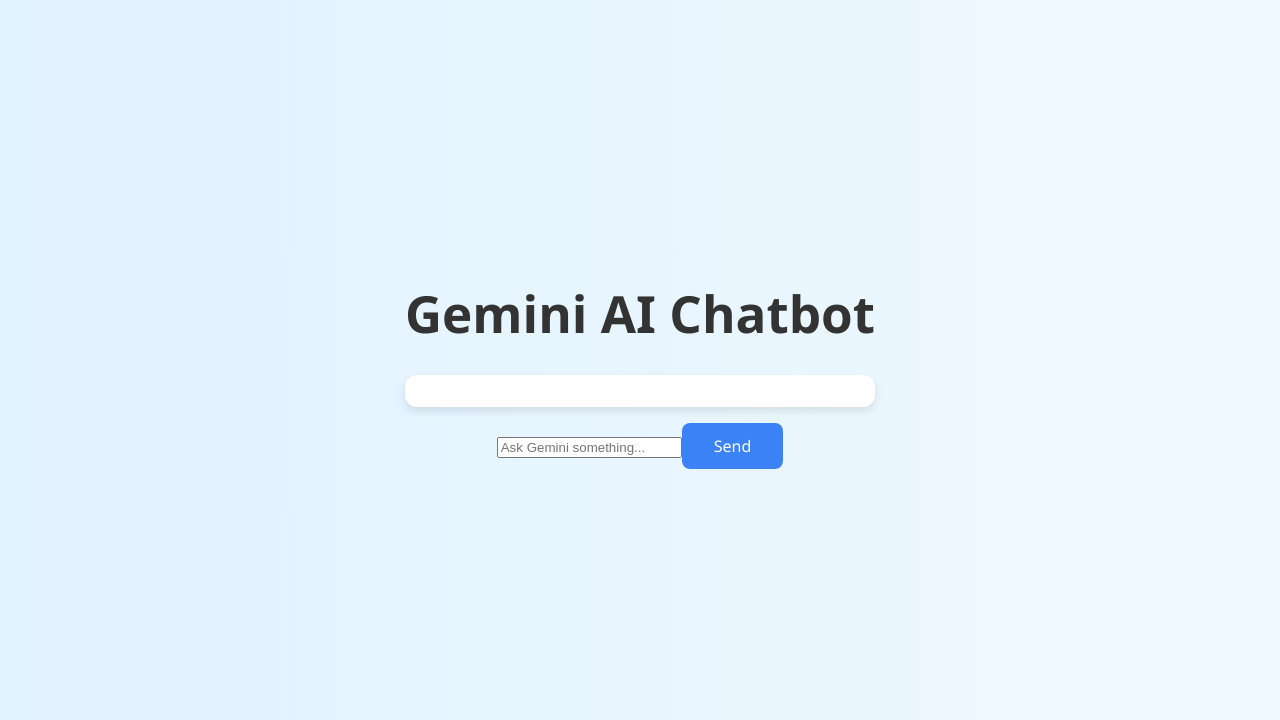
Repository: VanshJaggi12/chatbot1
Page: /
An editor plug-in stored every save of this project. The page is shown before and after the next save, followed by the edit.
The browser window is 1280 px wide. The pictures show the whole page.
The page's requests for data from a server got no answer. The project was rebuilt for these pictures with package versions that can differ from the ones it lists, and the page was loaded fresh each time. No one was signed in, and anything a server would have sent is missing. Also part of the build but not shown: vite.config.js.

Above is the page before, as saved 2026-03-11 02:34:16.

### src/main.jsx
import { StrictMode } from 'react'
import { createRoot } from 'react-dom/client'
import './index.css'
import App from './App.jsx'

import '@fontsource/roboto/300.css';
import '@fontsource/roboto/400.css';
import '@fontsource/roboto/500.css';
import '@fontsource/roboto/700.css';


createRoot(document.getElementById('root')).render(
  <StrictMode>
    <App />
  </StrictMode>,
)

### src/index.css
/* index.css (default Vite + React setup) */

#root {
  max-width: 1280px;
  margin: 0 auto;
  padding: 2rem;
  text-align: center;
}

body {
  margin: 0;
  font-family: Inter, system-ui, Avenir, Helvetica, Arial, sans-serif;
  -webkit-font-smoothing: antialiased;
  -moz-osx-font-smoothing: grayscale;
  background-color: #f9f9f9;
  color: #333;
}

:root {
  font-family: system-ui, Avenir, Helvetica, Arial, sans-serif;
  line-height: 1.5;
  font-weight: 400;

  color-scheme: light dark;
  color: rgba(255, 255, 255, 0.87);
  background-color: #242424;

  font-synthesis: none;
  text-rendering: optimizeLegibility;
  -webkit-font-smoothing: antialiased;
  -moz-osx-font-smoothing: grayscale;
}

a {
  font-weight: 500;
  color: #646cff;
  text-decoration: inherit;
}
a:hover {
  color: #535bf2;
}

body {
  margin: 0;
  display: flex;
  place-items: center;
  min-width: 320px;
  min-height: 100vh;
}

h1 {
  font-size: 3.2em;
  line-height: 1.1;
}

button {
  border-radius: 8px;
  border: 1px solid transparent;
  padding: 0.6em 1.2em;
  font-size: 1em;
  font-weight: 500;
  font-family: inherit;
  background-color: #1a1a1a;
  cursor: pointer;
  transition: border-color 0.25s;
}
button:hover {
  border-color: #646cff;
}
button:focus,
button:focus-visible {
  outline: 4px auto -webkit-focus-ring-color;
}

@media (prefers-color-scheme: light) {
  :root {
    color: #213547;
    background-color: #ffffff;
  }
  a:hover {
    color: #747bff;
  }
  button {
    background-color: #f9f9f9;
  }
}

### src/App.jsx
import { useState } from "react";
import "./App.css";

function App() {

  const [messages, setMessages] = useState([]);
  const [input, setInput] = useState("");
  const [loading, setLoading] = useState(false);

  const API_KEY = import.meta.env.VITE_GEMINI_API_KEY;

  const sendMessage = async () => {

    if (!input.trim()) return;

    const userMessage = {
      role: "user",
      text: input
    };

    setMessages(prev => [...prev, userMessage]);
    setInput("");
    setLoading(true);

    try {

      const response = await fetch(
        `https://generativelanguage.googleapis.com/v1beta/models/gemini-1.5-flash:generateContent?key=${API_KEY}`,
        {
          method: "POST",
          headers: {
            "Content-Type": "application/json"
          },
          body: JSON.stringify({
            contents: [
              {
                parts: [
                  { text: input }
                ]
              }
            ]
          })
        }
      );

      const data = await response.json();

      console.log("Gemini API response:", data);

      const botReply =
        data?.candidates?.[0]?.content?.parts?.[0]?.text ||
        "No response received.";

      const botMessage = {
        role: "bot",
        text: botReply
      };

      setMessages(prev => [...prev, botMessage]);

    } catch (error) {

      console.error("Gemini API error:", error);

      setMessages(prev => [
        ...prev,
        { role: "bot", text: "Error communicating with Gemini API." }
      ]);

    }

    setLoading(false);
  };

  return (
    <div className="app">

      <h1>Gemini AI Chatbot</h1>

      <div className="chat-box">

        {messages.map((msg, index) => (
          <div
            key={index}
            className={msg.role === "user" ? "user-msg" : "bot-msg"}
          >
            {msg.text}
          </div>
        ))}

        {loading && (
          <div className="bot-msg">
            Gemini is typing...
          </div>
        )}

      </div>

      <div className="input-area">

        <input
          type="text"
          placeholder="Ask Gemini something..."
          value={input}
          onChange={(e) => setInput(e.target.value)}
          onKeyDown={(e) => {
            if (e.key === "Enter") {
              sendMessage();
            }
          }}
        />

        <button onClick={sendMessage}>
          Send
        </button>

      </div>

    </div>
  );
}

export default App;

### src/App.css
/* App.css */

* {
  box-sizing: border-box;
}

body,
html {
  margin: 0;
  padding: 0;
  font-family: 'Segoe UI', Tahoma, Geneva, Verdana, sans-serif;
  background: linear-gradient(to right, #e0f2fe, #f0f9ff);
  height: 100%;
}

/* Scrollbar hidden */
.hide-scrollbar::-webkit-scrollbar {
  display: none;
}
.hide-scrollbar {
  -ms-overflow-style: none;
  scrollbar-width: none;
}

.chat-container {
  max-width: 800px;
  margin: 0 auto;
  height: 100vh;
  display: flex;
  flex-direction: column;
  padding: 1rem;
}

/* Header */
header {
  text-align: center;
  padding: 1rem 0;
}

header h1 {
  font-size: 2.5rem;
  font-weight: bold;
  color: #3b82f6;
  transition: color 0.3s;
}

header h1:hover {
  color: #2563eb;
}

/* Chat area */
.chat-box {
  flex: 1;
  overflow-y: auto;
  background: white;
  border-radius: 12px;
  padding: 1rem;
  box-shadow: 0 4px 8px rgba(0, 0, 0, 0.1);
  margin-bottom: 1rem;
  display: flex;
  flex-direction: column;
}

/* Message wrappers */
.message {
  margin-bottom: 1rem;
  display: flex;
  flex-direction: column;
}

.message.question {
  align-items: center;
}

.message.answer {
  align-items: flex-start;
}

/* Message bubbles */
.bubble {
  padding: 0.75rem 1rem;
  border-radius: 1rem;
  max-width: 70%;
  word-wrap: break-word;
  overflow-x: auto;
  font-size: 1rem;
  line-height: 1.5;
  box-shadow: 0 2px 6px rgba(0, 0, 0, 0.08);
}

.bubble.question {
  background-color: #3b82f6;
  color: white;
  border-bottom-right-radius: 0;
}

.bubble.answer {
  background-color: #f3f4f6;
  color: #111827;
  border-bottom-left-radius: 0;
}

/* Typing animation bubble */
.typing {
  display: inline-block;
  background-color: #f3f4f6;
  padding: 0.75rem 1rem;
  border-radius: 1rem;
  font-size: 1rem;
  animation: pulse 1.5s infinite ease-in-out;
  color: #4b5563;
  max-width: fit-content;
}

@keyframes pulse {
  0% {
    opacity: 0.3;
  }
  50% {
    opacity: 1;
  }
  100% {
    opacity: 0.3;
  }
}

/* Input form */
form {
  background-color: white;
  padding: 1rem;
  border-radius: 12px;
  box-shadow: 0 4px 8px rgba(0, 0, 0, 0.05);
  display: flex;
  flex-direction: column;
  align-items: center;
  gap: 1rem;
}

/* Centered textarea */
textarea {
  width: 100%;
  max-width: 600px;
  border: 1px solid #d1d5db;
  border-radius: 0.5rem;
  padding: 0.75rem;
  resize: none;
  font-size: 1rem;
  outline: none;
  text-align: center;
  transition: border 0.2s, box-shadow 0.2s;
}

/* Center on focus */
textarea:focus {
  border-color: #3b82f6;
  box-shadow: 0 0 0 2px #3b82f6;
  text-align: center;
}

/* Centered button */
button {
  background-color: #3b82f6;
  color: white;
  padding: 0.75rem 2rem;
  font-weight: 500;
  border: none;
  border-radius: 0.5rem;
  cursor: pointer;
  transition: background 0.3s;
  align-self: center;
  font-size: 1rem;
}

/* On hover */
button:hover {
  background-color: #2563eb;
}

/* Disabled button style */
button:disabled {
  background-color: #93c5fd;
  cursor: not-allowed;
}

Loaded but not shown: index.html (common file)

After the next save:
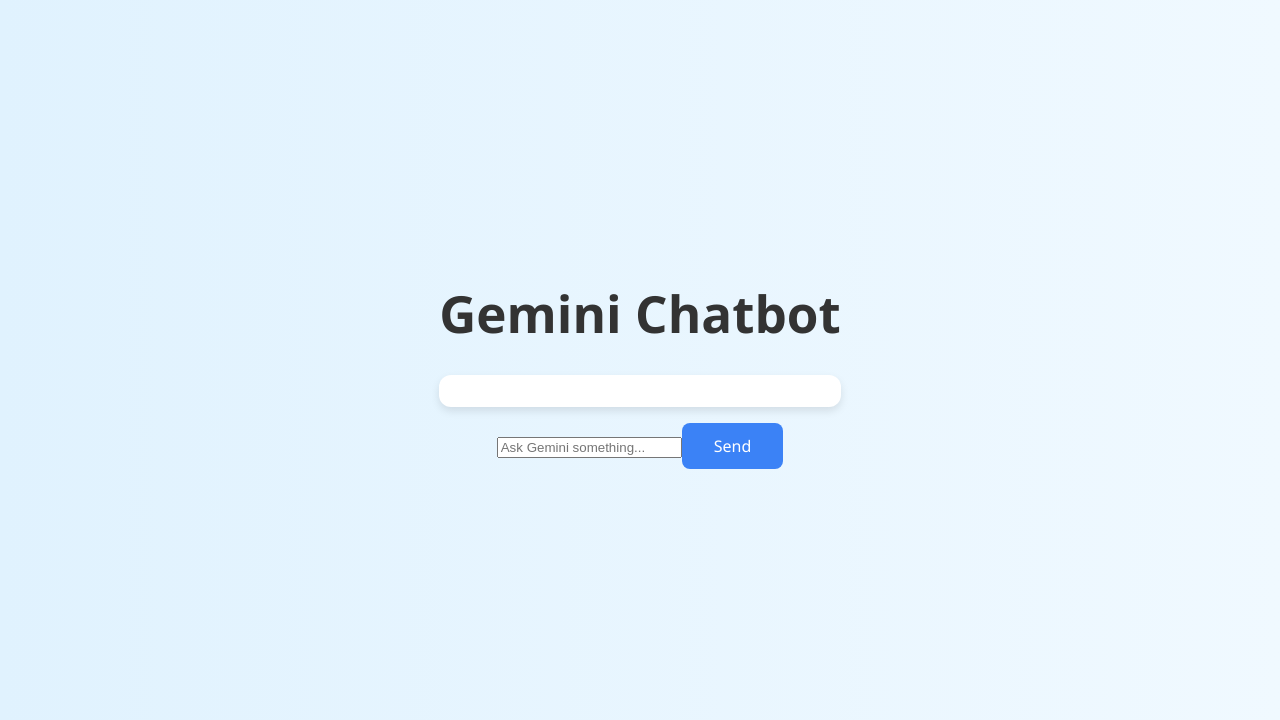
Saved 11 min 9 s later.
--- a/src/App.jsx
+++ b/src/App.jsx
@@ -3,8 +3,8 @@
 
 function App() {
 
+  const [input, setInput] = useState("");
   const [messages, setMessages] = useState([]);
-  const [input, setInput] = useState("");
   const [loading, setLoading] = useState(false);
 
   const API_KEY = import.meta.env.VITE_GEMINI_API_KEY;
@@ -45,26 +45,33 @@
 
       const data = await response.json();
 
-      console.log("Gemini API response:", data);
+      console.log("Gemini response:", data);
 
-      const botReply =
-        data?.candidates?.[0]?.content?.parts?.[0]?.text ||
-        "No response received.";
+      let reply = "No response from Gemini.";
+
+      if (
+        data &&
+        data.candidates &&
+        data.candidates.length > 0 &&
+        data.candidates[0].content.parts.length > 0
+      ) {
+        reply = data.candidates[0].content.parts[0].text;
+      }
 
       const botMessage = {
         role: "bot",
-        text: botReply
+        text: reply
       };
 
       setMessages(prev => [...prev, botMessage]);
 
     } catch (error) {
 
-      console.error("Gemini API error:", error);
+      console.error("Gemini Error:", error);
 
       setMessages(prev => [
         ...prev,
-        { role: "bot", text: "Error communicating with Gemini API." }
+        { role: "bot", text: "Error connecting to Gemini API." }
       ]);
 
     }
@@ -75,7 +82,7 @@
   return (
     <div className="app">
 
-      <h1>Gemini AI Chatbot</h1>
+      <h1>Gemini Chatbot</h1>
 
       <div className="chat-box">
 
@@ -89,9 +96,7 @@
         ))}
 
         {loading && (
-          <div className="bot-msg">
-            Gemini is typing...
-          </div>
+          <div className="bot-msg">Gemini is typing...</div>
         )}
 
       </div>
@@ -104,9 +109,7 @@
           value={input}
           onChange={(e) => setInput(e.target.value)}
           onKeyDown={(e) => {
-            if (e.key === "Enter") {
-              sendMessage();
-            }
+            if (e.key === "Enter") sendMessage();
           }}
         />
 
